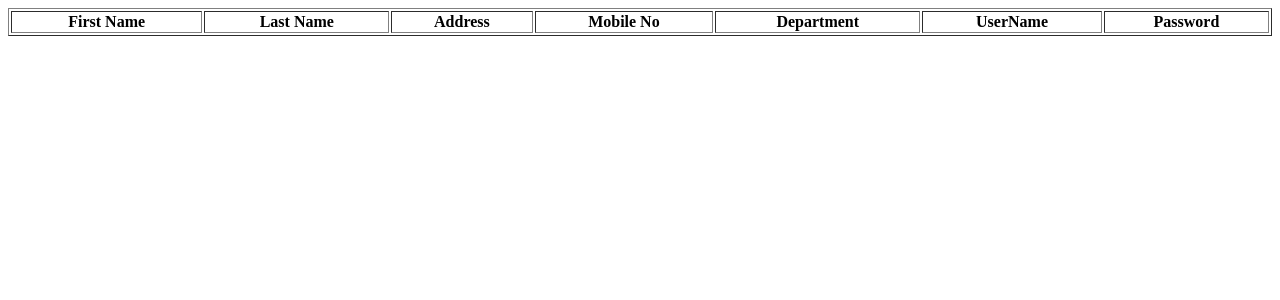
Repository: priyankamergu/MyAllProjects
Page: http://localhost/NewTrainingServlet/UserShow.jsp
These files come from the project's save history. The page is drawn as it stood at one moment and after the next save; the edit follows.
The browser window is 1280 px wide. The pictures show the whole page.
The page is served by Tomcat 9. Queries for data that is not in the repository find no rows.

Above is the page before, as saved 2019-11-09 20:31:30.

After the next save:
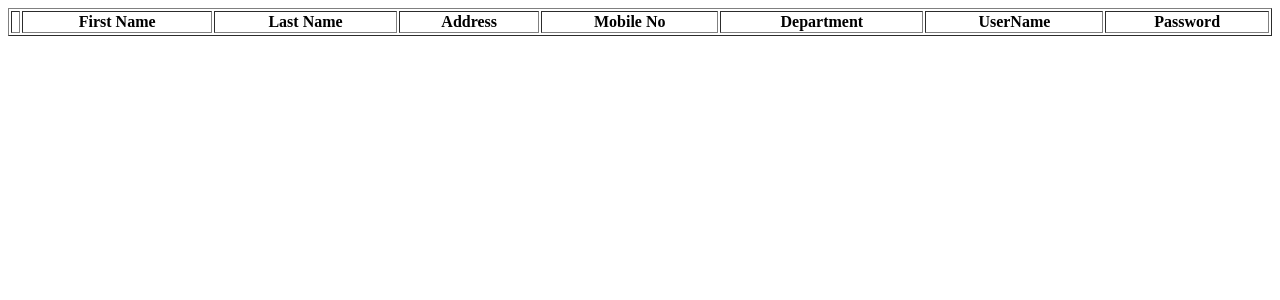
Saved 13 min 11 s later.
--- a/Workspace_JEE7_WEB/NewTrainingServlet/WebContent/UserShow.jsp
+++ b/Workspace_JEE7_WEB/NewTrainingServlet/WebContent/UserShow.jsp
@@ -21,6 +21,7 @@ SELECT * FROM registration;
 </sql:query>
   <table border = "1" width = "100%">
          <tr>
+         <th></th>
             <th>First Name</th>
             <th>Last Name</th>
             <th>Address</th>
